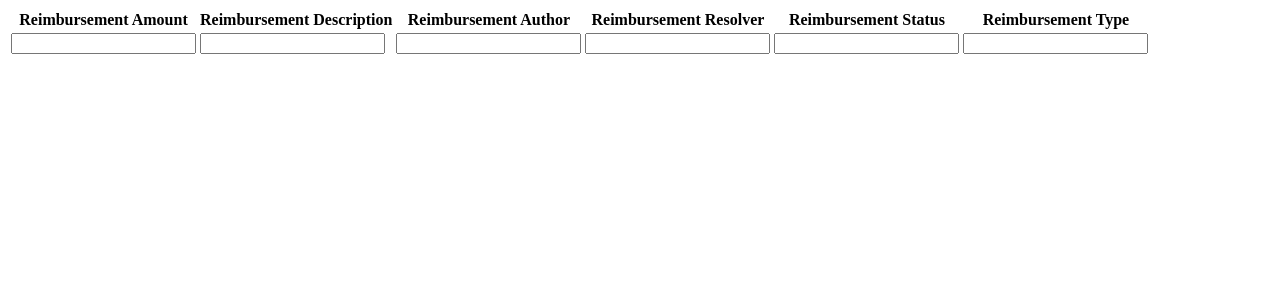
Repository: ricksnp/Reimbursement
Page: src/main/webapp/Reimbursement/html/index.html
An editor plug-in stored every save of this project. The page is shown before and after the next save, followed by the edit.
The browser window is 1280 px wide. The pictures show the whole page.

Above is the page before, as saved 2020-10-16 09:28:34.

### src/main/webapp/Reimbursement/html/index.html
<!DOCTYPE html>
<html>

<body>
    <form action="newReimbursement" method="post">
        <table allign="left">
            <tr>
                <th>Reimbursement Amount</th>
                <th>Reimbursement Description</th>
                <th>Reimbursement Author</th>
                <th>Reimbursement Resolver</th>
                <th>Reimbursement Status</th>
                <th>Reimbursement Type</th>


            </tr>

            <tr>
                <td><input type="text" name="amount" </td>
                <td><input type="text" name="desc" </td>
                <td><input type="text" name="author" </td>
                <td><input type="text" name="resolver" </td>
                <td><input type="text" name="status" </td>
                <td><input type="text" name="type" </td>

            </tr>


        </table>
</body>

</html>

After the next save:
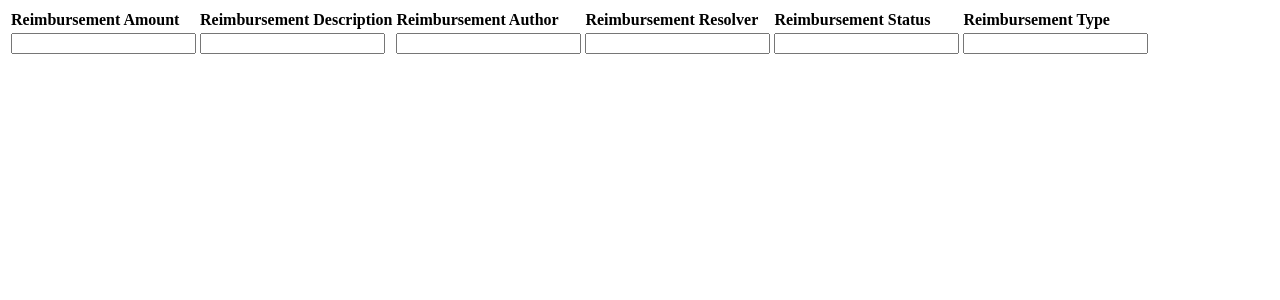
Saved 45 s later.
--- a/src/main/webapp/Reimbursement/html/index.html
+++ b/src/main/webapp/Reimbursement/html/index.html
@@ -5,12 +5,12 @@
     <form action="newReimbursement" method="post">
         <table allign="left">
             <tr>
-                <th>Reimbursement Amount</th>
-                <th>Reimbursement Description</th>
-                <th>Reimbursement Author</th>
-                <th>Reimbursement Resolver</th>
-                <th>Reimbursement Status</th>
-                <th>Reimbursement Type</th>
+                <th style="text-align:left">Reimbursement Amount</th>
+                <th style="text-align:left">Reimbursement Description</th>
+                <th style="text-align:left">Reimbursement Author</th>
+                <th style="text-align:left">Reimbursement Resolver</th>
+                <th style="text-align:left">Reimbursement Status</th>
+                <th style="text-align:left">Reimbursement Type</th>
 
 
             </tr>
